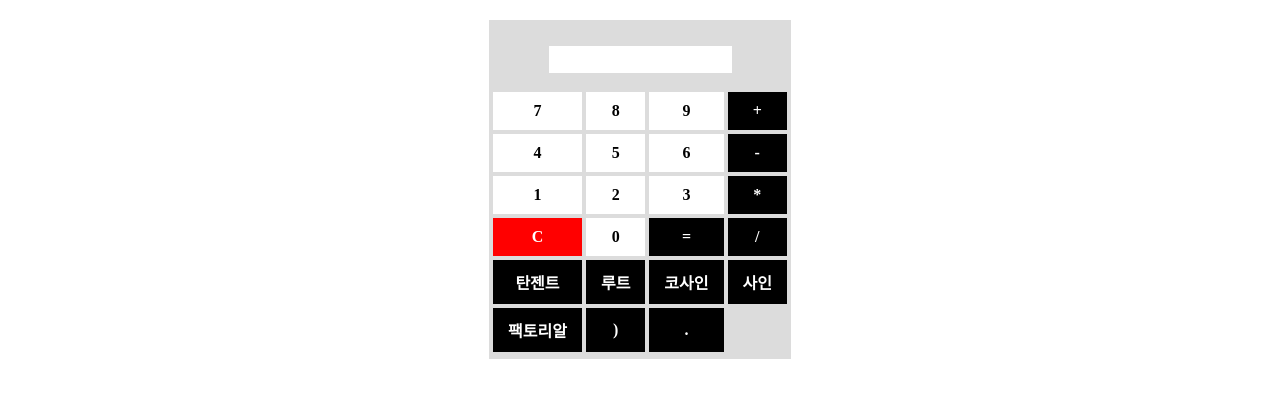
Repository: whwnsgk/cal
Page: http://localhost/calculator/
The author's editor kept a copy of each file at every save. The page is drawn from the files as they stood at one save, then again after the next save.
The browser window is 1280 px wide. The pictures show the whole page.
The page is served by Tomcat 9. Other server files are loaded and not shown.

Above is the page before, as saved 2023-11-28 06:07:45.
Console error (its wording comes from the project's code and is left out).

### calculator/src/main/webapp/index.jsp
<%@page import="java.util.Date"%>
<%@page import="javax.naming.spi.DirStateFactory.Result"%>
<%@ page language="java" contentType="text/html; charset=UTF-8"
    pageEncoding="UTF-8"%>
<%@taglib prefix="c" uri="http://java.sun.com/jsp/jstl/core" %>
<%@ taglib prefix="fn" uri="http://java.sun.com/jsp/jstl/functions" %>


<!DOCTYPE html>
<html lang="ko">

<head>
  <meta charset="UTF-8">
  <title>calculator</title>
  <script src="https://ajax.googleapis.com/ajax/libs/jquery/3.5.1/jquery.min.js"></script>
  <style>
    * {
      margin: 10px auto;
      font-weight: bold;
    }

    .all {
      background-color: gainsboro;
      border-spacing: 0.3em; /*칸 간격*/
    }

    tr {
      text-align: center;
    }

    td {
      color: black;
      padding: 10px 15px;
      position: relative;
      bottom: 3px;
    }

    input {
      height: 25px;
      position: relative;
      top: 5px;
      text-align: right; /*text 입력시 오른쪽 정렬*/
      border: none;
    }

    .four {
      background-color: black;
      color: white;
    }

    .four:active {
      box-shadow: 1px 1px 0 rgb(0,0,0,0.5);
      position: relative;
      right: 0.1em;
    }

    .reset {
      background-color: red;
      color: white;
    }

    .reset:active {
      box-shadow: 1px 1px 0 rgb(0,0,0,0.5);
      position: relative;
      left: 0.1em;
    }

    .num {
      background-color: white;
      margin: 10px;
    }

    .num:active {
      box-shadow: 1px 1px 0 rgb(0,0,0,0.5);
      position: relative;
      left: 0.1em;
    }

  </style>
</head>

<body>
  <table class="all">

    <td colspan="4">
      <input type="text" id="enter">
    </td>

    <tr>
      <td class="num" onclick="add('7')">7</td>
      <td class="num" onclick="add('8')">8</td>
      <td class="num" onclick="add('9')">9</td>
      <td class="four" onclick="add('+')">+</td>
    </tr>

    <tr>
      <td class="num" onclick="add('4')">4</td>
      <td class="num" onclick="add('5')">5</td>
      <td class="num" onclick="add('6')">6</td>
      <td class="four" onclick="add('-')">-</td>
    </tr>

    <tr>
      <td class="num" onclick="add('1')">1</td>
      <td class="num" onclick="add('2')">2</td>
      <td class="num" onclick="add('3')">3</td>
      <td class="four" onclick="add('*')">*</td>
    </tr>

    <tr>
      <td class="reset" onclick="clearDisplay()">C</td>
      <td class="num" onclick="add('0')">0</td>
      <td class="four" onclick="compute()">=</td>
      <td class="four" onclick="add('/')">/</td>
    </tr>

    <tr>
      <td class="four" onclick="add('tan')">탄젠트</td>
      <td class="four" onclick="add('root')">루트</td>
      <td class="four" onclick="add('cos')">코사인</td>
      <td class="four" onclick="add('sin')">사인</td>
    </tr>

    <tr>
      <td class="four" onclick="add('!')">팩토리알</td>
      <td class="four" onclick="add('('>(</td>
      <td class="four" onclick="add(')')">)</td>
      <td class="four" onclick="add('.')">.</td>
    </tr>

  </table>



</body>

</html>

<script>

$(function(){
  alert("반가워! 오랜만이야");
})

var expression = "";
function add(character) {
  expression = expression + character;
  $("#enter").val(expression);
}

function compute() {
	$.ajax({
		url: "calculator.cl",
		data: {
			expression : expression
		},
		success : function(searchList){
			console.log("통신성공");

		},
		error :function(){
			  console.log("통신실패");
		}
	})
}

function clearDisplay() {
  expression = "";
  document.getElementById("enter").value = "0";
}


</script>

<script>


</script>

After the next save:
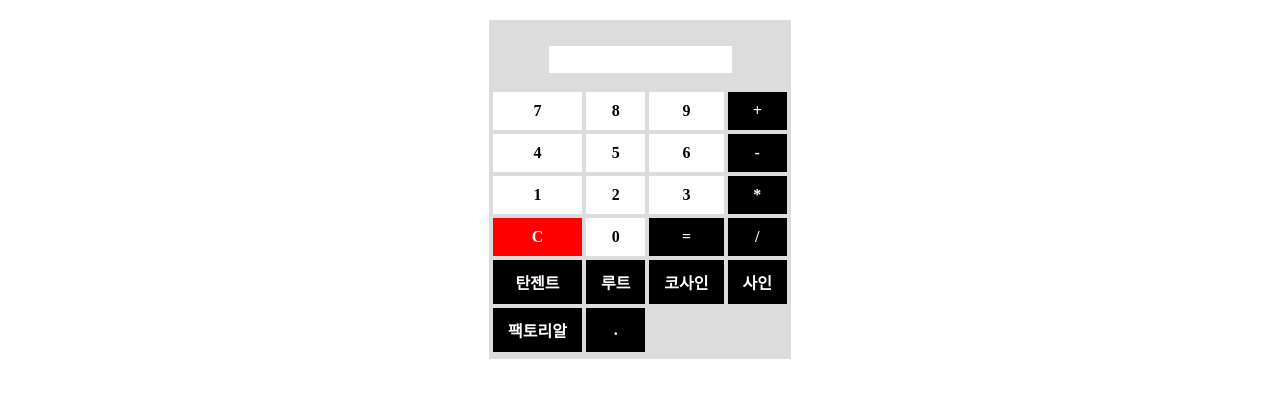
Saved 23 s later.
--- a/calculator/src/main/webapp/index.jsp
+++ b/calculator/src/main/webapp/index.jsp
@@ -124,7 +124,7 @@
     <tr>
       <td class="four" onclick="add('!')">팩토리알</td>
       <td class="four" onclick="add('('>(</td>
-      <td class="four" onclick="add(')')">)</td>
+      <td class="four" onclick="add(')')</td>
       <td class="four" onclick="add('.')">.</td>
     </tr>
 
